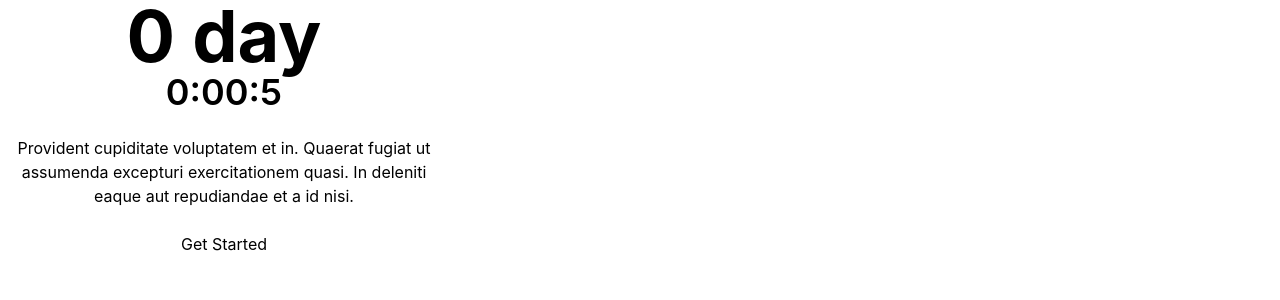
Repository: RahmanRakib9/TwentyOne
Page: /
The author's editor kept a copy of each file at every save. The page is drawn from the files as they stood at one save, then again after a run of saves.
The browser window is 1280 px wide. The pictures show the whole page.
The project was rebuilt for these pictures with package versions that can differ from the ones it lists, and the page was loaded fresh each time.

Above is the page before, as saved 2022-10-13 17:51:36.

### src/index.css
/* tailwind css directives */
@tailwind base;
@tailwind components;
@tailwind utilities;

body {
  margin: 0;
  font-family: -apple-system, BlinkMacSystemFont, 'Segoe UI', 'Roboto', 'Oxygen',
    'Ubuntu', 'Cantarell', 'Fira Sans', 'Droid Sans', 'Helvetica Neue',
    sans-serif;
  -webkit-font-smoothing: antialiased;
  -moz-osx-font-smoothing: grayscale;
}

code {
  font-family: source-code-pro, Menlo, Monaco, Consolas, 'Courier New',
    monospace;
}

### src/App.js
import React from 'react';
import Timer from './components/Timer';
import './App.css'

const App = () => {
  return (
    <div className='App'>
      <Timer></Timer>
    </div>
  );
};

export default App;

### src/components/Timer.js
import React from "react";
import useCountdown from "../hooks/useCountdown";

const Timer = () => {
  const [second, minute, hour, day] = useCountdown();
  return (
    <div class="hero min-h-screen bg-base-200">
      <div class="hero-content text-center">
        <div class="max-w-md">
          <h1 class="text-7xl font-bold">
            {day} {day > 0 || 1 ? "day" : "days"}
          </h1>
          <h3 className="text-4xl font-semibold">
            {hour}:{minute < 10 ? "0" + minute : minute}:{second}
          </h3>
          <p class="py-6">
            Provident cupiditate voluptatem et in. Quaerat fugiat ut assumenda
            excepturi exercitationem quasi. In deleniti eaque aut repudiandae et
            a id nisi.
          </p>
          <button class="btn btn-primary">Get Started</button>
        </div>
      </div>
    </div>
  );
};

export default Timer;

### src/hooks/useCountdown.js
/* eslint-disable react-hooks/exhaustive-deps */
import React, { useEffect, useState } from "react";

const useCountdown = () => {
  // state declaration for updating second, minute, and an hour respectively
  const [second, setSecond] = useState(0);
  const [minute, setMinute] = useState(0);
  const [hour, setHour] = useState(0);
  const [day, setDay] = useState(0);

  let timer;
  useEffect(() => {
    timer = setInterval(() => {
      setSecond(second + 1);

      if (second === 59) {
        setMinute(minute + 1);
        setSecond(0);
      }

      if (minute === 59) {
        setHour(hour + 1);
        setMinute(0);
      }

      if (hour === 23 && minute === 59) {
        setDay(day + 1);
        setHour(0);
        setMinute(0);
      }



    }, 1000);

    return () => clearInterval(timer);
  });
  return [second, minute, hour,day];
};

export default useCountdown;

### tailwind.config.js
/** @type {import('tailwindcss').Config} */
module.exports = {
  content: ["./src/**/*.{html,js}"],
  daisyui: {
    themes: [],
  },
  plugins: [require("daisyui")],
};

Loaded but not shown: public/index.html (common file); src/index.js (common file); src/reportWebVitals.js (common file); src/App.css (common file)

After the next 8 saves:
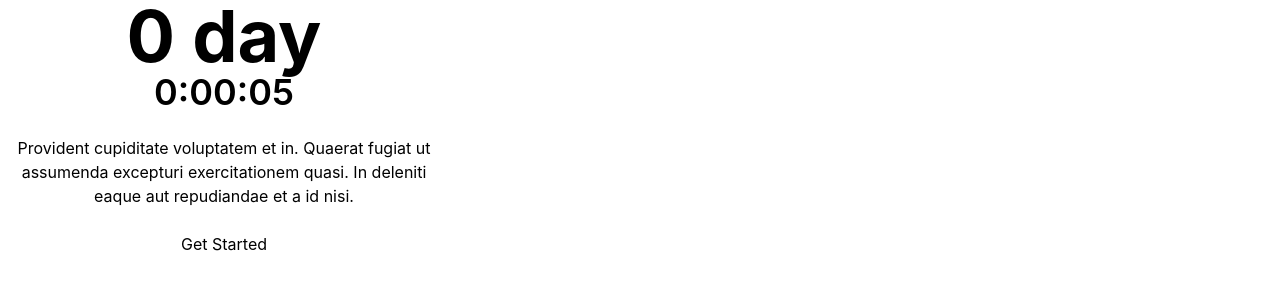
The 8 saves are shown as one change because 1 did not build or start and some came seconds apart.
The last was saved 62 s later.
--- a/src/components/Timer.js
+++ b/src/components/Timer.js
@@ -11,7 +11,8 @@ const Timer = () => {
             {day} {day > 0 || 1 ? "day" : "days"}
           </h1>
           <h3 className="text-4xl font-semibold">
-            {hour}:{minute < 10 ? "0" + minute : minute}:{second}
+            {hour}:{minute < 10 ? "0" + minute : minute}:
+            {second < 10 ? "0" + second : second}
           </h3>
           <p class="py-6">
             Provident cupiditate voluptatem et in. Quaerat fugiat ut assumenda
